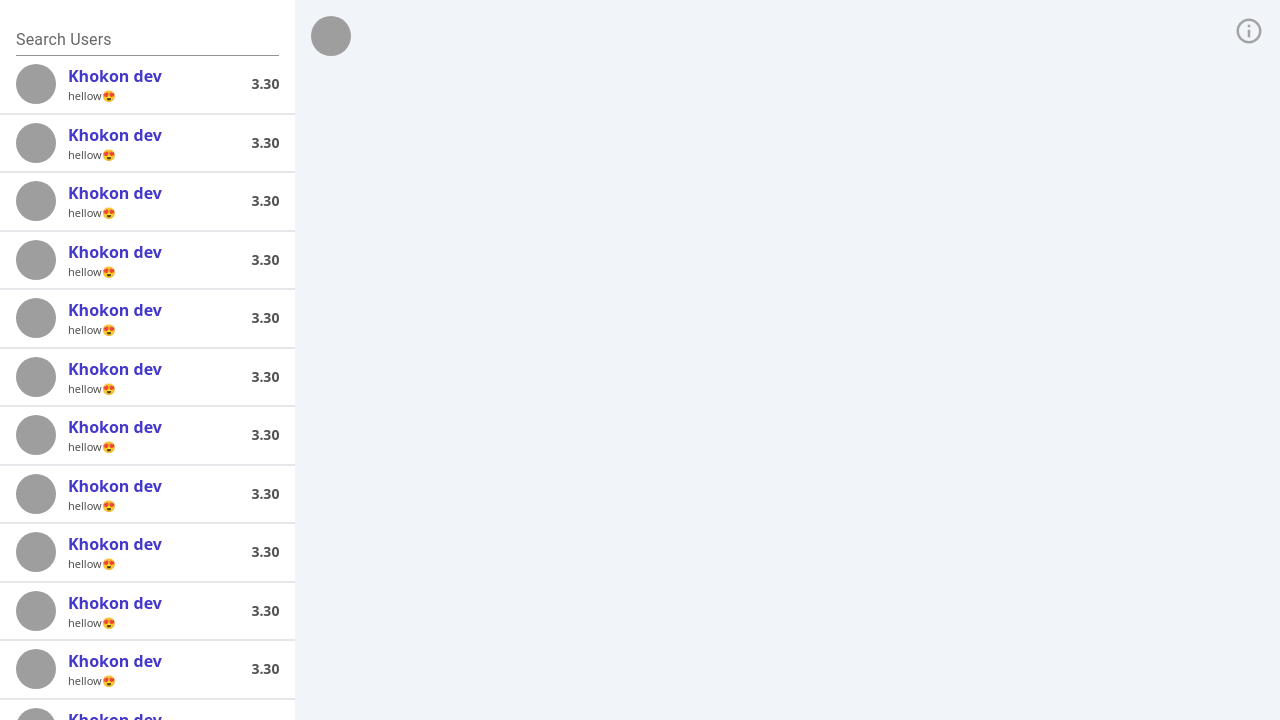
Repository: satya-ranjon/Instagram-clone-dev
Page: /inbox
The author's editor kept a copy of each file at every save. The page is drawn from the files as they stood at one save, then again after the next save.
The browser window is 1280 px wide. The pictures show the whole page.
Pictures or frames that could not be fetched are drawn as grey boxes. The project was rebuilt for these pictures with package versions that can differ from the ones it lists, and the page was loaded fresh each time. Also part of the build but not shown: src/components/RightSideBar.jsx, src/components/Home/SinglePost.jsx, src/components/Home/PostList.jsx, src/components/Home/closeBtn.jsx, src/components/Home/newPostSectionOne.jsx, src/components/Home/NewPost.jsx, src/components/Home/Home.jsx, src/Assets/Logo.jsx and 8 more.

Above is the page before, as saved 2022-04-23 03:26:02.

### public/index.html
<!DOCTYPE html>
<html lang="en">
  <head>
    <meta charset="utf-8" />
    <link rel="icon" href="%PUBLIC_URL%/faveicon.png" />
    <meta name="viewport" content="width=device-width, initial-scale=1" />
    <meta name="theme-color" content="#000000" />
    <meta
      name="description"
      content="Web site created using create-react-app"
    />
    <link rel="apple-touch-icon" href="%PUBLIC_URL%/logo192.png" />
    <!--
      manifest.json provides metadata used when your web app is installed on a
      user's mobile device or desktop. See https://developers.google.com/web/fundamentals/web-app-manifest/
    -->
    <link rel="manifest" href="%PUBLIC_URL%/manifest.json" />
    <!--
      Notice the use of %PUBLIC_URL% in the tags above.
      It will be replaced with the URL of the `public` folder during the build.
      Only files inside the `public` folder can be referenced from the HTML.

      Unlike "/favicon.ico" or "favicon.ico", "%PUBLIC_URL%/favicon.ico" will
      work correctly both with client-side routing and a non-root public URL.
      Learn how to configure a non-root public URL by running `npm run build`.
    -->
    <title>React App</title>
  </head>
  <body>
    <noscript>You need to enable JavaScript to run this app.</noscript>
    <div id="root"></div>
    <!--
      This HTML file is a template.
      If you open it directly in the browser, you will see an empty page.

      You can add webfonts, meta tags, or analytics to this file.
      The build step will place the bundled scripts into the <body> tag.

      To begin the development, run `npm start` or `yarn start`.
      To create a production bundle, use `npm run build` or `yarn build`.
    -->
  </body>
</html>

### src/index.css
@import url("https://fonts.googleapis.com/css2?family=Kaushan+Script&display=swap");

@tailwind base;
@tailwind components;
@tailwind utilities;

@layer components {
  .grid___three {
    @apply grid grid-cols-1 sm:grid-cols-2 md:grid-cols-3 gap-2 lg:gap-4 transition-all duration-300 my-10 font-semibold mx-10  sm:mx-20 lg:mx-32 xl:mx-40;
  }
  .grid___two {
    @apply grid grid-cols-1 sm:grid-cols-2 gap-2 lg:gap-4  my-10 font-semibold mx-10 transition-all duration-300 sm:mx-20 lg:mx-32 xl:mx-40;
  }
  .grid___one {
    @apply grid grid-cols-1  gap-2 lg:gap-4  my-10 font-semibold mx-10 sm:mx-32 md:mx-44 transition-all duration-300 lg:mx-60 xl:mx-60;
  }
  .img__three {
    @apply bg-red-300 w-full h-[18rem] transition-all duration-300 sm:h-[14rem] xl:h-[18rem] 2xl:h-[28rem];
  }
  .img__two {
    @apply bg-red-300 w-full h-[18rem] transition-all duration-300 sm:h-[20rem] lg:h-[24rem] xl:h-[28rem] 2xl:h-[40rem];
  }
  .img__one {
    @apply bg-red-300 w-full h-[18rem] transition-all duration-300 sm:h-[20rem] lg:h-[32rem] xl:h-[40rem] 2xl:h-[52rem];
  }
}

body::-webkit-scrollbar {
  display: none;
}
.hide_scrollbar::-webkit-scrollbar {
  display: none;
  overflow: hidden;
}

#category {
  overflow: hidden;
}

.bground {
  background: radial-gradient(
    ellipse at 70% 70%,
    #ee583f 8%,
    #d92d77 42%,
    #bd3381 58%
  );
}

.new {
  position: absolute;
  top: 50%;
  right: 50%;
  transform: translate(-50%, -50%);
}

### src/App.js
import { Route, Routes } from "react-router-dom";
import HomeContainder from "./components/Home/HomeContainder";
import InboxContainer from "./components/Inbox/InboxContainer";

function App() {
  return (
    <Routes>
      <Route path="/" element={<HomeContainder />} />
      <Route path="/inbox" element={<InboxContainer />} />
    </Routes>
  );
}

export default App;

### src/components/Inbox/InboxContainer.jsx
import { Avatar, TextField } from "@mui/material";
import React from "react";
import MesseageBox from "./MesseageBox";
import SearchUsers from "./SearchUsers";
import UserList from "./UserList";

export default function InboxContainer() {
  return (
    <div>
      <div className=" flex justify-between">
        <div className=" h-screen w-96 lg:w-[50rem overflow-y-scroll scrollbar-thumb-neutral-400 scrollbar-thin">
          <div className=" w-full pt-2">
            <SearchUsers />
            <UserList />
            <UserList />
            <UserList />
            <UserList />
            <UserList />
            <UserList />
            <UserList />
            <UserList />
            <UserList />
            <UserList />
            <UserList />
            <UserList />
            <UserList />
            <UserList />
            <UserList />
            <UserList />
            <UserList />
            <UserList />
            <UserList />
            <UserList />
            <UserList />
            <UserList />
            <UserList />
            <UserList />
            <UserList />
            <UserList />
            <UserList />
            <UserList />
            <UserList />
            <UserList />
            <UserList />
            <UserList />
            <UserList />
            <UserList />
            <UserList />
            <UserList />
          </div>
        </div>

        <MesseageBox />
      </div>
    </div>
  );
}

### src/components/Inbox/MesseageBox.jsx
import React from "react";
import MesseageHader from "./MesseageHader";

export default function MesseageBox() {
  return (
    <div className=" h-screen w-full bg-slate-100">
      <MesseageHader />
    </div>
  );
}

### src/components/Inbox/SearchUsers.jsx
import { TextField } from "@mui/material";
import React from "react";

export default function SearchUsers() {
  return (
    <div className="px-4">
      <TextField
        className=" w-full "
        id="standard-basic"
        label="Search Users"
        variant="standard"
      />
    </div>
  );
}

### src/components/Inbox/UserList.jsx
import { Avatar } from "@mui/material";
import React from "react";

export default function UserList() {
  return (
    <div className="flex py-2 px-4 cursor-pointer transition-all duration-300 hover:bg-neutral-100 justify-between text-neutral-600 border-b-2">
      <div className=" my-auto flex space-x-3">
        <Avatar
          alt="Remy Sharp"
          src="/static/images/avatar/1.jpg"
          className=" cursor-pointer"
        />
        <div className="">
          <p className=" font-semibold text-indigo-700 text-md ">Khokon dev</p>
          <p className=" text-[11px]">hellow😍</p>
        </div>
      </div>
      <p className="font-semibold text-sm my-auto">3.30</p>
    </div>
  );
}

### src/components/Inbox/MesseageHader.jsx
import React from "react";
import { Avatar } from "@mui/material";
import { BiInfoCircle } from "react-icons/bi";

export default function MesseageHader() {
  return (
    <div className=" flex justify-between p-4">
      <Avatar
        alt="Remy Sharp"
        src="/static/images/avatar/1.jpg"
        className=" cursor-pointer"
      />
      <BiInfoCircle className=" text-neutral-400 text-3xl cursor-pointer transition-all duration-300 hover:text-neutral-600" />
    </div>
  );
}

### tailwind.config.js
module.exports = {
  content: ["./src/**/*.{js,jsx,ts,tsx}"],
  theme: {
    extend: {
      screens: {
        "3sm": "380px",
        "2sm": "480px",
        "4sm": "640px",
        "2lg": "1160px",
      },
    },
  },
  plugins: [require("tailwind-scrollbar")],
};

Loaded but not shown: src/index.js (common file)

After the next save:
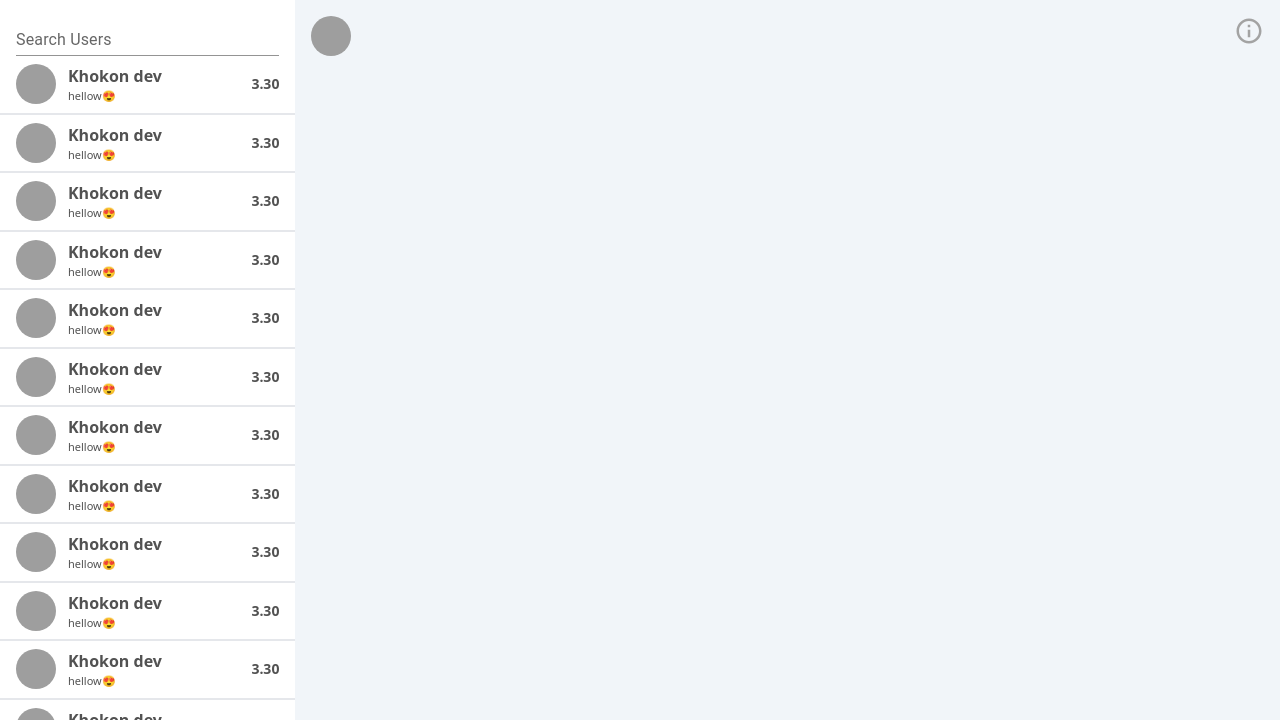
Saved 75 s later.
--- a/src/components/Inbox/UserList.jsx
+++ b/src/components/Inbox/UserList.jsx
@@ -11,7 +11,7 @@
           className=" cursor-pointer"
         />
         <div className="">
-          <p className=" font-semibold text-indigo-700 text-md ">Khokon dev</p>
+          <p className=" font-semibold text-md ">Khokon dev</p>
           <p className=" text-[11px]">hellow😍</p>
         </div>
       </div>
